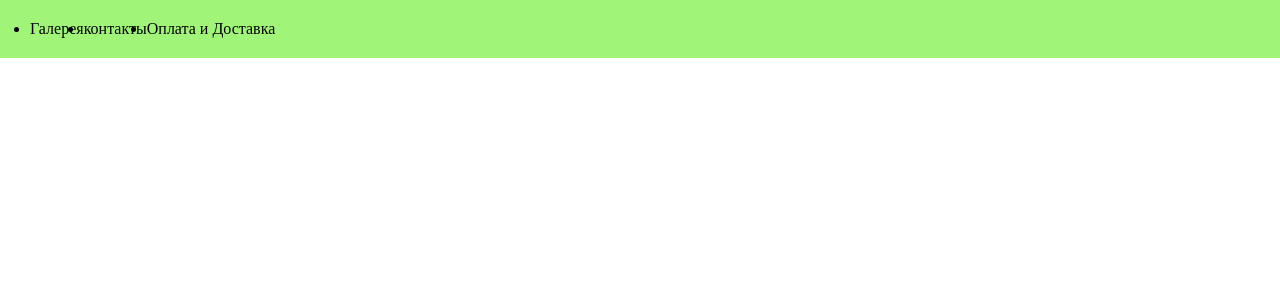
Repository: Ievgenii-davidenko/by
Page: index.html
The author's editor kept a copy of each file at every save. The page is drawn from the files as they stood at one save, then again after the next save.
The browser window is 1280 px wide. The pictures show the whole page.

Above is the page before, as saved 2021-09-17 09:52:57.

### index.html
<!DOCTYPE html>
<html lang="en">
<head>
    <meta charset="UTF-8">
    <meta http-equiv="X-UA-Compatible" content="IE=edge">
    <meta name="viewport" content="width=device-width, initial-scale=1.0">
    <title>Document</title>
    <link rel="stylesheet" href="./css/style.css">
</head>
<body>
    <section class="header">
    <div class="section header">
        <img class="logo" src="" alt="">
<ul class="list">
    <li class="list__item">Галерея</li>
    <li class="list__item">контакты</li>
    <li class="list__item">Оплата и Доставка</li>

</ul>
    </div>
</section>
</body>
</html>

### css/style.css
* {
    margin: 0;
    padding: 0;
    box-sizing: border-box;
}
.header {
    background-color: rgb(160, 245, 120);
    display: flex;
    justify-content: space-between;
}

.list {
    display: flex;
    justify-content: space-between;
    padding: 20px 30px;
}

After the next save:
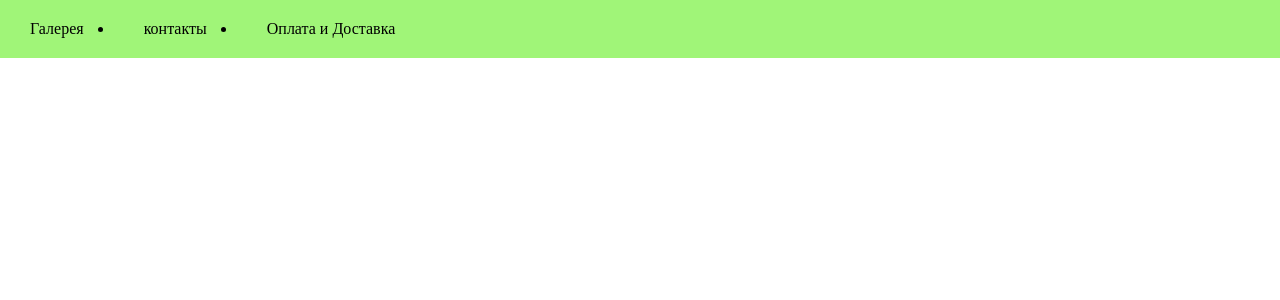
Saved 53 s later.
--- a/css/style.css
+++ b/css/style.css
@@ -11,6 +11,9 @@
 
 .list {
     display: flex;
+
+}
+.list__item {
     justify-content: space-between;
     padding: 20px 30px;
 }
